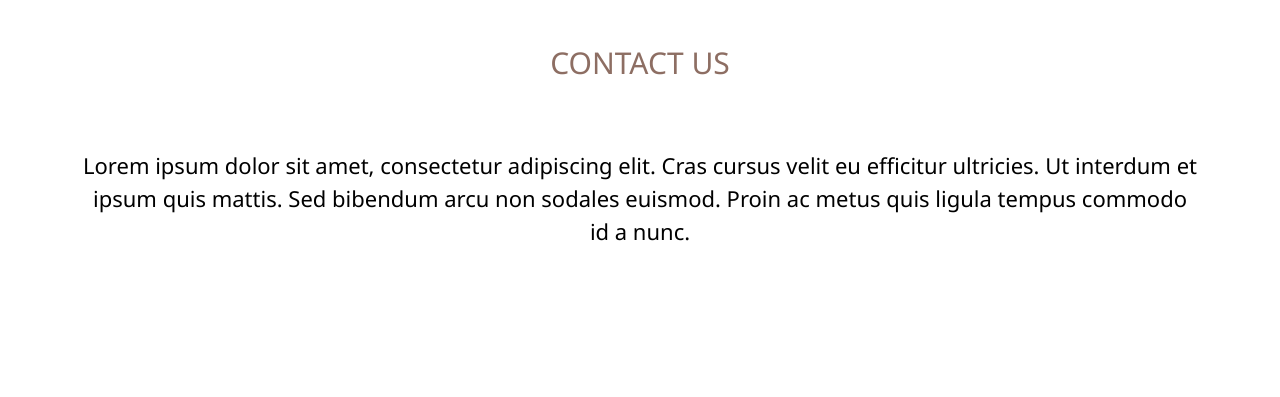
Repository: kaushalyaweerakoon/Plantation-Villa
Page: contact-us.html
The author's editor kept a copy of each file at every save. The page is drawn from the files as they stood at one save, then again after a run of saves.
The browser window is 1280 px wide. The pictures show the whole page.
Some web fonts or font styles are not loaded; a fallback is used.

Above is the page before, as saved 2022-08-15 10:34:48.
Not found: assets/js/main.js

After the next 3 saves:
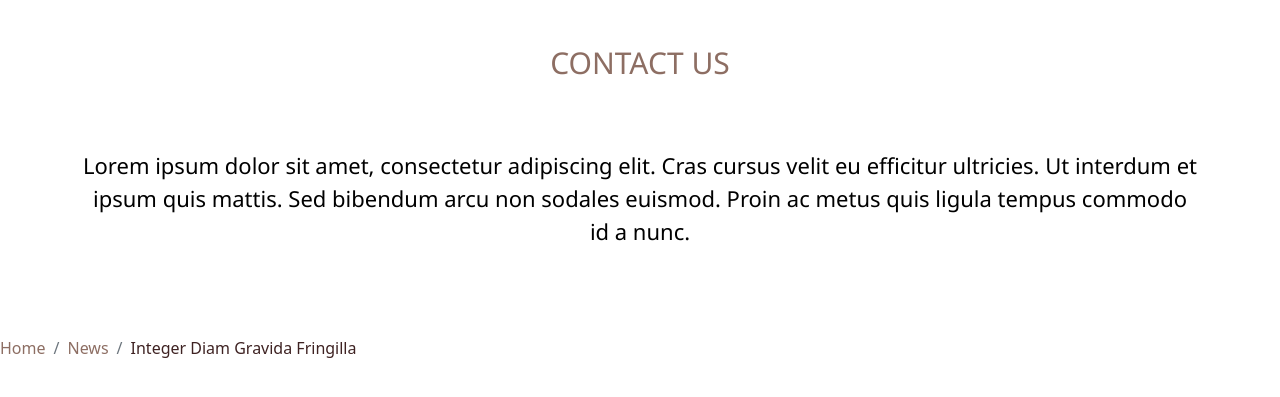
The 3 saves are shown as one change because they came seconds apart.
The last was saved 8 s later.
--- a/contact-us.html
+++ b/contact-us.html
@@ -30,7 +30,7 @@
     <section class="container mt-md-4 mt-3 mb-5 pb-4">
         <p class="title pt-3">CONTACT US</p>
 
-        <div class="text-center" id="" >
+        <div class="text-center" id="">
             <p class="text">
                 Lorem ipsum dolor sit amet, consectetur adipiscing elit. Cras cursus velit eu efficitur ultricies. Ut
                 interdum et ipsum quis mattis. Sed bibendum arcu non sodales euismod. Proin ac metus quis ligula tempus
@@ -38,8 +38,19 @@
             </p>
         </div>
     </section>
-
-
+    <!-- Breadcrumb -->
+    <nav aria-label="" class="mt-5 mb-4 ">
+        <ol class="breadcrumb">
+            <li class="breadcrumb-item"><a href="index.html" class="breadcrumb-text fs-13-px text-font-family">Home</a>
+            </li>
+            <li class="breadcrumb-item"><a href="News.html" aria-current="page"
+                    class="breadcrumb-text fs-13-px text-font-family">News</a></li>
+            <li class="breadcrumb-item"><a href="Integer Diam Gravida Fringilla.html" aria-current="page"
+                    class="breadcrumb-text active fs-13-px text-font-family">Integer Diam Gravida Fringilla</a>
+            </li>
+        </ol>
+    </nav>
+    <!--/ Breadcrumb -->
 
 
 
